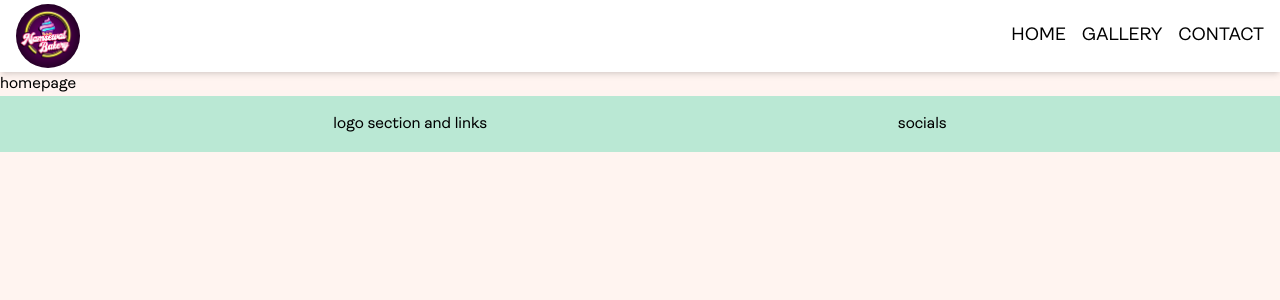
Repository: nabinkatwal7/namsewal
Page: /
The author's editor kept a copy of each file at every save. The page is drawn from the files as they stood at one save, then again after a run of saves.
The browser window is 1280 px wide. The pictures show the whole page.
The project was rebuilt for these pictures with package versions that can differ from the ones it lists, and the page was loaded fresh each time. The framework's server and built-in components were replaced by stand-ins that run in the browser. Also part of the build but not shown: next.config.mjs.

Above is the page before, as saved 2024-08-27 10:17:36.

### app/layout.tsx
import type { Metadata } from "next";
import { Inter } from "next/font/google";
import "./globals.css";
import Header from "@/components/ui/Header";
import Footer from "@/components/ui/Footer";

const inter = Inter({ subsets: ["latin"] });

export const metadata: Metadata = {
  title: `Namsewal Bakery`,
  description: ``,
};

export default function RootLayout({
  children,
}: Readonly<{
  children: React.ReactNode;
}>) {
  return (
    <html lang="en">
      <link rel="icon" href="/favicon.ico" sizes="any" />
      <body className={inter.className}>
        <div className="relative overflow-x-hidden font-ambit">
          <Header />
          {children}
          <Footer />
        </div>
      </body>
    </html>
  );
}

### app/page.tsx
import HomeWrapper from "@/components/Home/HomeWrapper";

export default function Home() {
  return <HomeWrapper />;
}

### app/globals.css
@tailwind base;
@tailwind components;
@tailwind utilities;

@font-face {
  font-family: "ambit";
  src: url("/fonts/Ambit.otf") format("truetype");
}

.ambit {
  font-family: "ambit";
}

body {
  font-family: "ambit";

  background-color: #fff4f0;
}

### components/ui/Header.tsx
import Image from "next/image";
import Link from "next/link";

const links = [
  {
    id: 1,
    name: "Home",
    href: "/",
  },
  {
    id: 2,
    name: "Gallery",
    href: "/gallery",
  },
  {
    id: 3,
    name: "Contact",
    href: "/contact",
  },
];

const Header = () => {
  return (
    <>
      <div className="sticky top-0 z-50 hidden items-center justify-between bg-white px-4 py-1 shadow-md lg:flex">
        <Image
          src="/assets/logo.jpg"
          alt="namsewal bakery"
          width={80}
          height={80}
          className="size-16 rounded-full"
        />
        <div className="flex flex-row items-center gap-4 text-lg uppercase">
          {links?.map((link) => (
            <Link key={link.id} href={link.href} className="hover:underline">
              {link.name}
            </Link>
          ))}
        </div>
      </div>
    </>
  );
};

export default Header;

### components/ui/Footer.tsx
import React from "react";

const Footer = () => {
  return (
    <div className="bg-[#bae8d4] px-32 py-4 flex flex-row justify-around">
      <div className="flex flex-col gap-4">logo section and links</div>
      <div>socials</div>
    </div>
  );
};

export default Footer;

### components/Home/HomeWrapper.tsx
import React from "react";

const HomeWrapper = () => {
  return <div>homepage</div>;
};

export default HomeWrapper;

### tailwind.config.ts
import type { Config } from "tailwindcss";

const config: Config = {
  content: [
    "./pages/**/*.{js,ts,jsx,tsx,mdx}",
    "./components/**/*.{js,ts,jsx,tsx,mdx}",
    "./app/**/*.{js,ts,jsx,tsx,mdx}",
  ],
  theme: {
    extend: {
      backgroundImage: {
        "gradient-radial": "radial-gradient(var(--tw-gradient-stops))",
        "gradient-conic":
          "conic-gradient(from 180deg at 50% 50%, var(--tw-gradient-stops))",
      },
      fontFamily: {
        ambit: ["ambit", "sans-serif"],
      },
    },
  },
  plugins: [],
};
export default config;

After the next 3 saves:
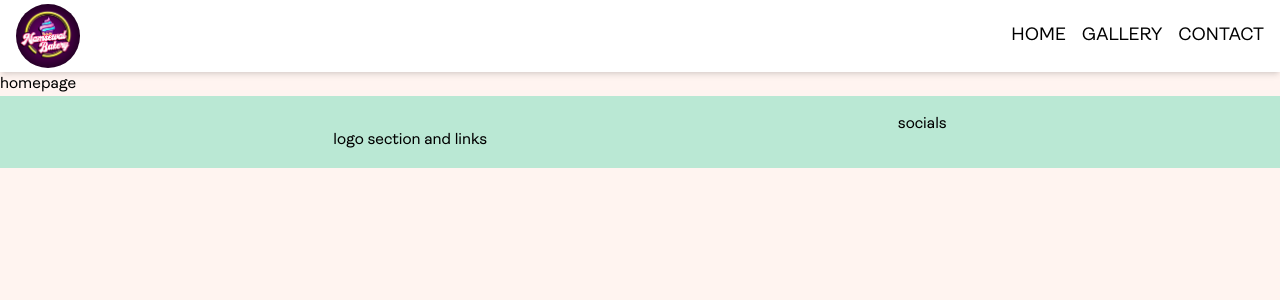
The 3 saves are shown as one change because they came seconds apart.
The last was saved 12 s later.
--- a/components/ui/Footer.tsx
+++ b/components/ui/Footer.tsx
@@ -3,7 +3,10 @@
 const Footer = () => {
   return (
     <div className="bg-[#bae8d4] px-32 py-4 flex flex-row justify-around">
-      <div className="flex flex-col gap-4">logo section and links</div>
+      <div className="flex flex-col gap-4">
+        <div></div>
+        logo section and links
+      </div>
       <div>socials</div>
     </div>
   );
